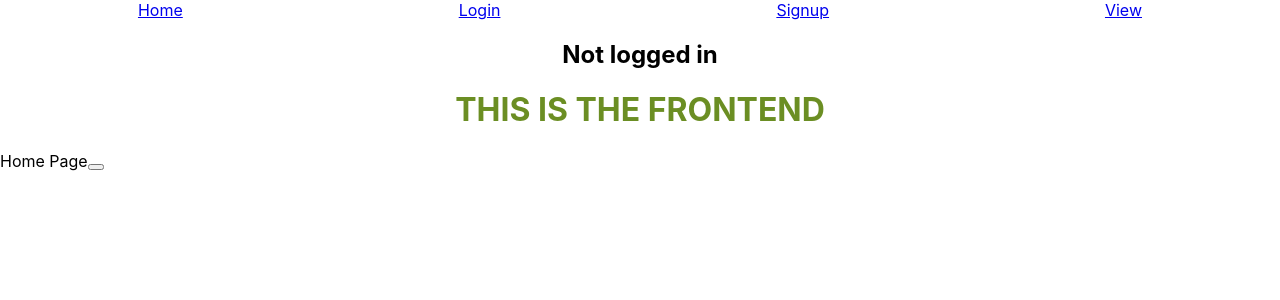
Repository: MikeTroianello/SuPro
Page: / (app in frontend/)
The author's editor kept a copy of each file at every save. The page is drawn from the files as they stood at one save, then again after the next save.
The browser window is 1280 px wide. The pictures show the whole page.
The project was rebuilt for these pictures with package versions that can differ from the ones it lists, and the page was loaded fresh each time. A package was used in the major version that the imports need, not the one package.json lists. Also part of the build but not shown: frontend/src/components/Login.js, frontend/src/components/Signup.js, frontend/src/components/Create.js, frontend/src/components/View.js.

Above is the page before, as saved 2019-10-24 10:54:48.

After the next save:
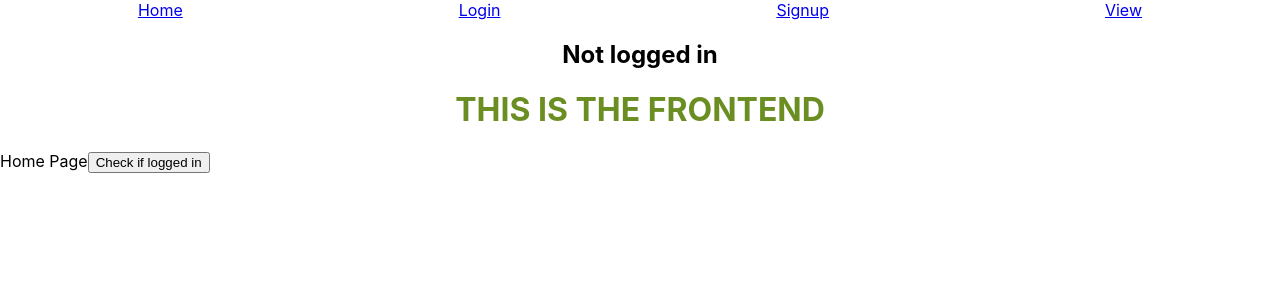
Saved 16 s later.
--- a/frontend/src/components/Home.js
+++ b/frontend/src/components/Home.js
@@ -12,7 +12,7 @@ export default class Home extends Component {
     return (
       <div>
         Home Page
-        <button onClick={this.checkIfLoggedIn}></button>
+        <button onClick={this.checkIfLoggedIn}>Check if logged in</button>
       </div>
     );
   }
